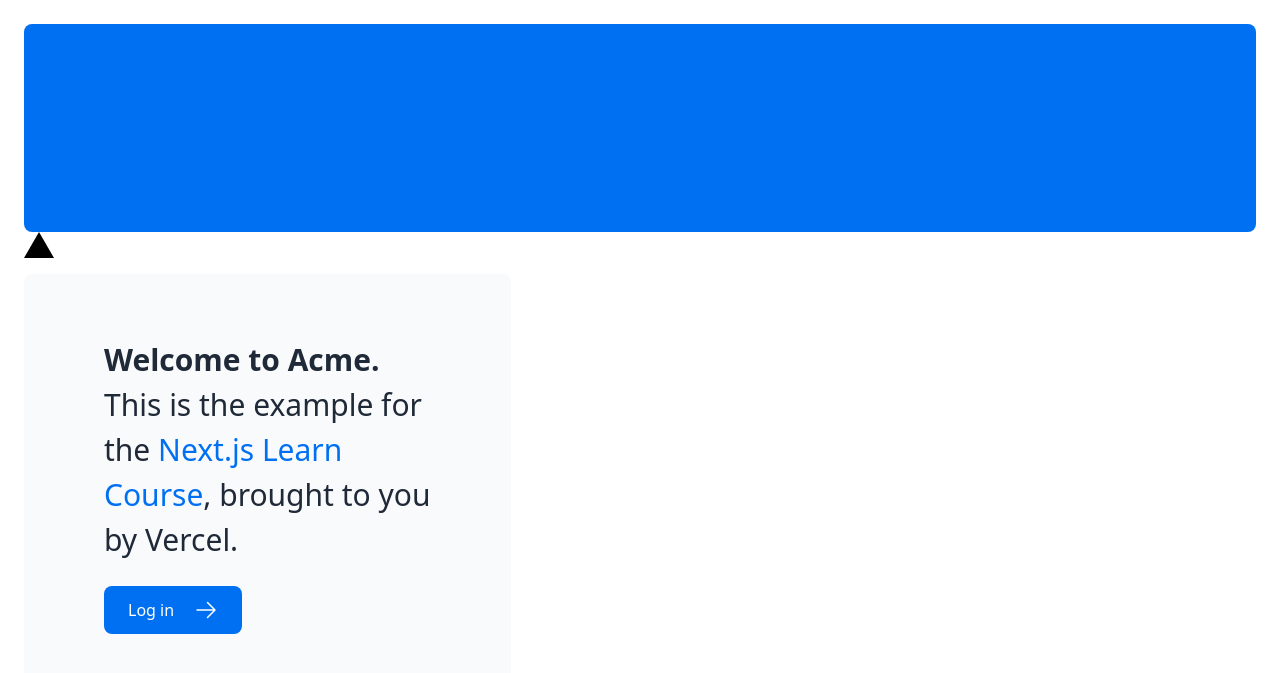
Repository: MikayelGubryan/Financial-dashboard
Page: /
An editor plug-in stored every save of this project. The page is shown before and after a run of saves, followed by the edit.
The browser window is 1280 px wide. The pictures show the whole page.
The project was rebuilt for these pictures with package versions that can differ from the ones it lists, and the page was loaded fresh each time. The framework's server and built-in components were replaced by stand-ins that run in the browser. Also part of the build but not shown: next.config.mjs.

Above is the page before, as saved 2024-07-08 21:45:02.

After the next 2 saves:
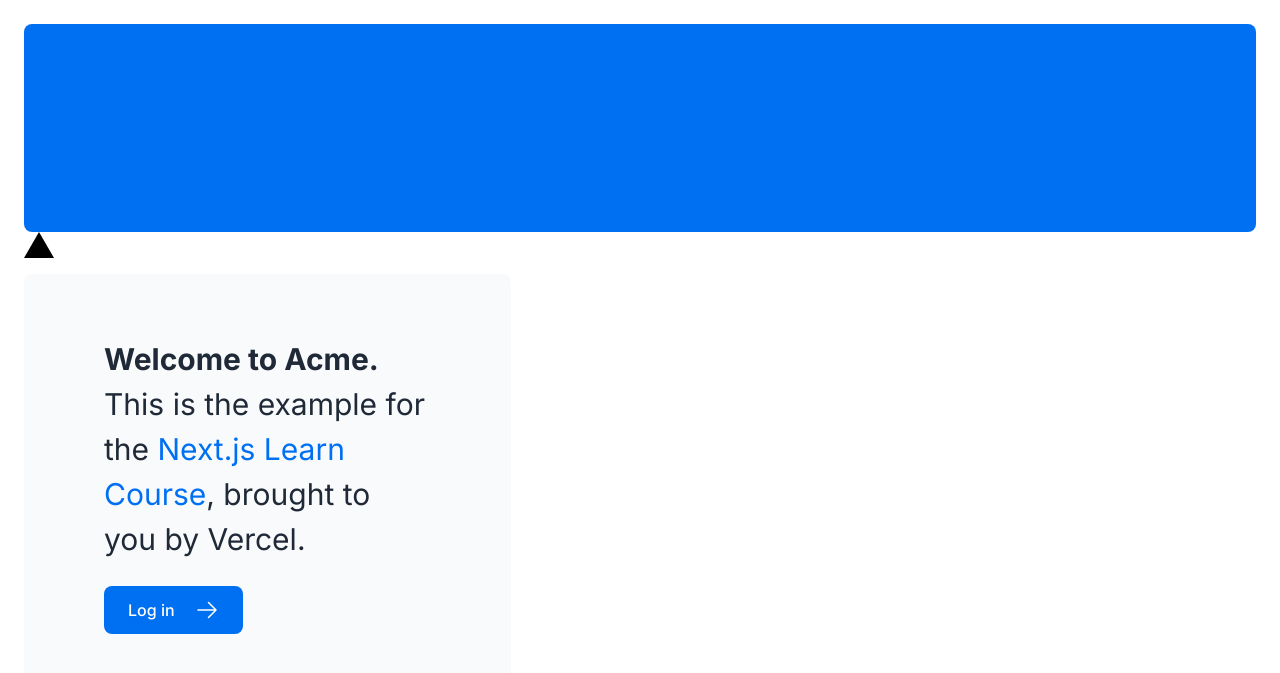
The 2 saves are shown as one change because they came seconds apart.
The last was saved 9 s later.
--- a/app/layout.tsx
+++ b/app/layout.tsx
@@ -8,7 +8,7 @@
 }) {
   return (
     <html lang="en">
-      <body>{children}</body>
+      <body className={inter.className}>{children}</body>
     </html>
   );
 }

After the 2 saves that followed:
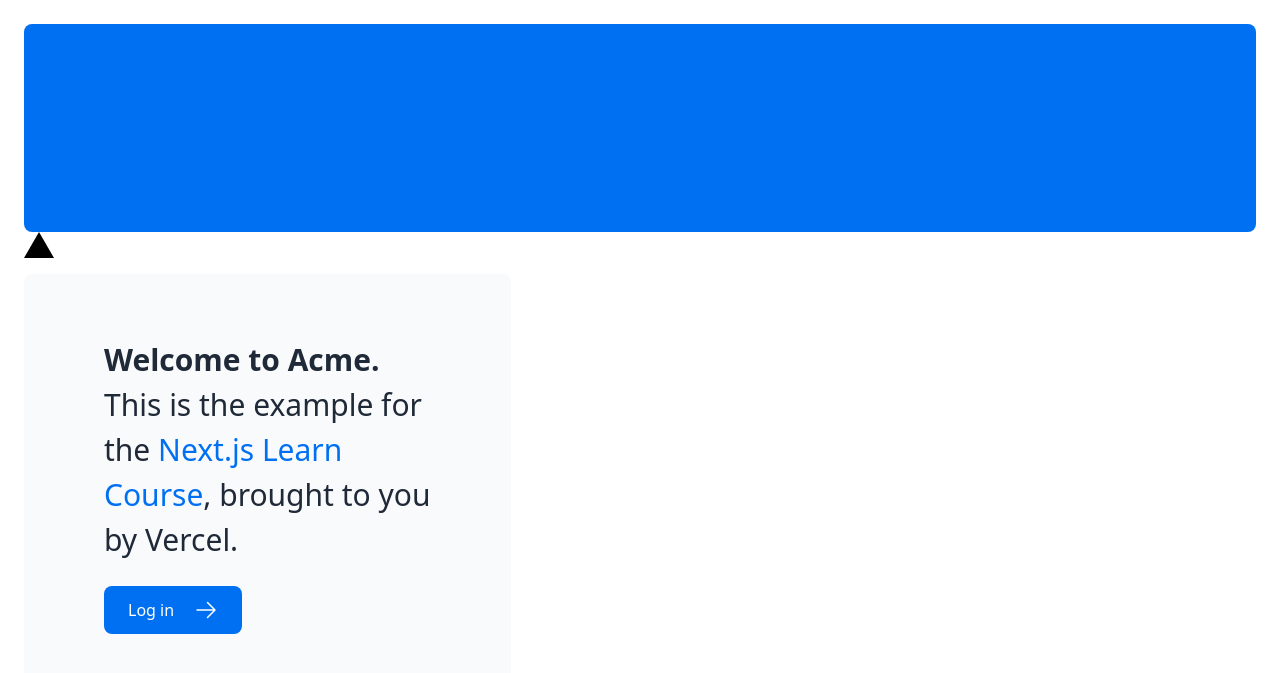
The 2 saves are shown as one change because 1 did not build or start.
The last was saved 10 s later.
--- a/app/layout.tsx
+++ b/app/layout.tsx
@@ -8,7 +8,7 @@
 }) {
   return (
     <html lang="en">
-      <body className={inter.className}>{children}</body>
+      <body className={`inter.className`}>{children}</body>
     </html>
   );
 }
